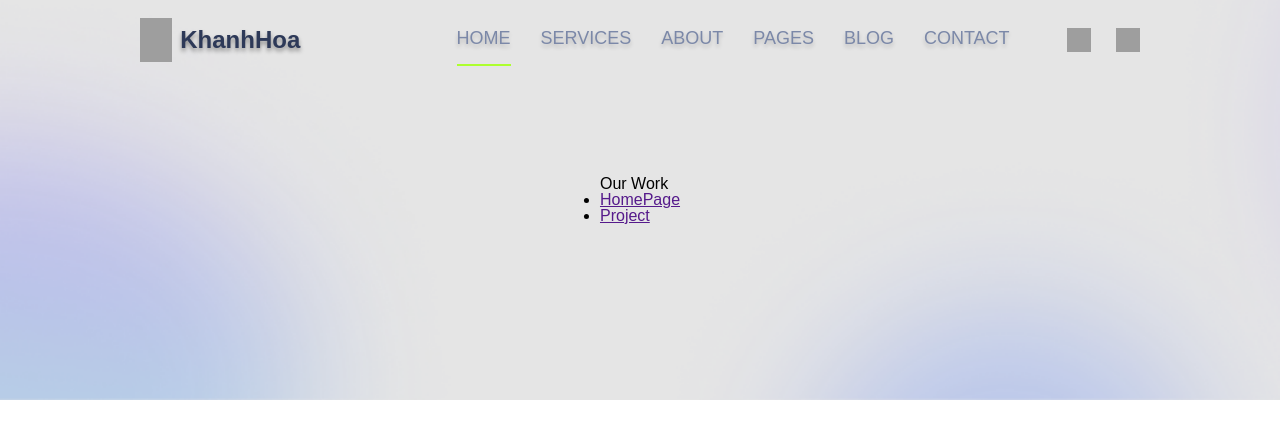
Repository: 0584386177/Clone
Page: src/pr.html
These files come from the project's save history. The page is drawn as it stood at one moment and after the next save; the edit follows.
The browser window is 1280 px wide. The pictures show the whole page.
Pictures or frames that could not be fetched are drawn as grey boxes. The style sheet was rebuilt from its Sass, Less or Tailwind sources for each picture, by a compiler version that may differ from the author's.

Above is the page before, as saved 2023-09-27 15:38:42.

After the next save:
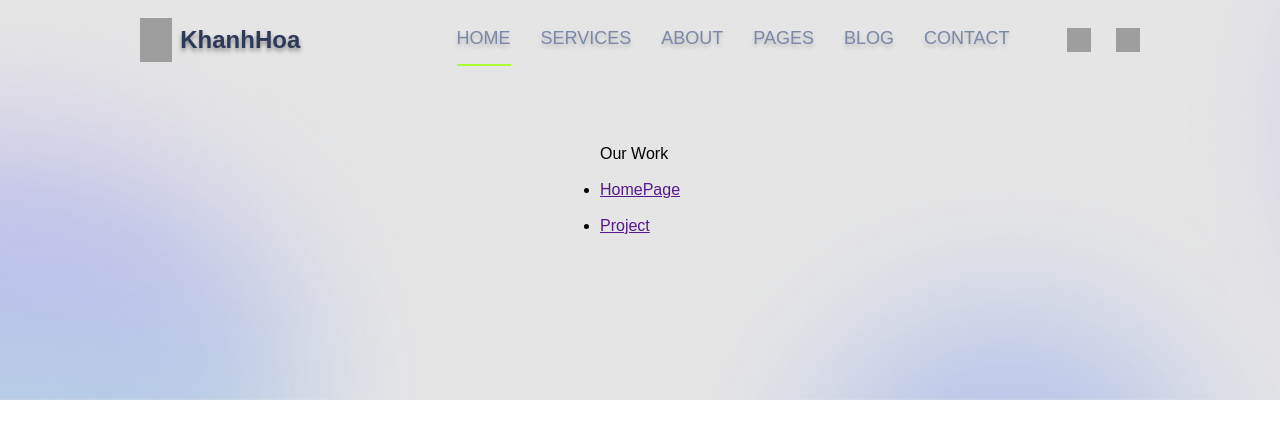
Saved 16 s later.
--- a/src/sass/header.scss
+++ b/src/sass/header.scss
@@ -87,4 +87,7 @@ $secondary--color: #7B88A8;
   left: 50%;
   transform: translate(-50%,-50%);
 
+  *{
+    margin-bottom: 20px;
+  }
 }
